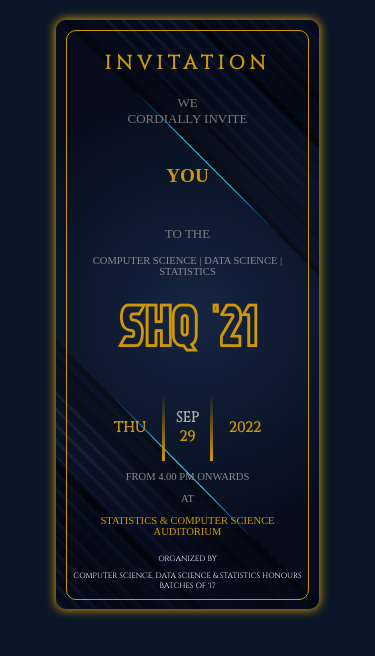
Repository: prabuddhika96/SHQ_Invitation
Page: index.html
An editor plug-in stored every save of this project. The page is shown before and after the next save, followed by the edit.
The browser window is 375 px wide. The pictures show the whole page.
Some web fonts or font styles are not loaded; a fallback is used.

Above is the page before, as saved 2022-09-26 12:14:48.
Console error: ReferenceError: bodymovin is not defined

After the next save:
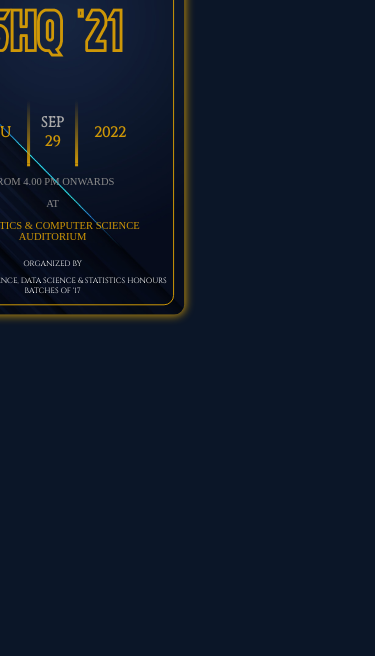
Saved 2 min 41 s later.
--- a/style.css
+++ b/style.css
@@ -167,6 +167,9 @@
     height: fit-content;
     margin: auto;
     padding: 0px;
+    top: 50%;
+    left: 50%;
+    transform: translate(-50%, -50%);
     /* vertical-align: auto; */
   }
 

After the 3 saves that followed:
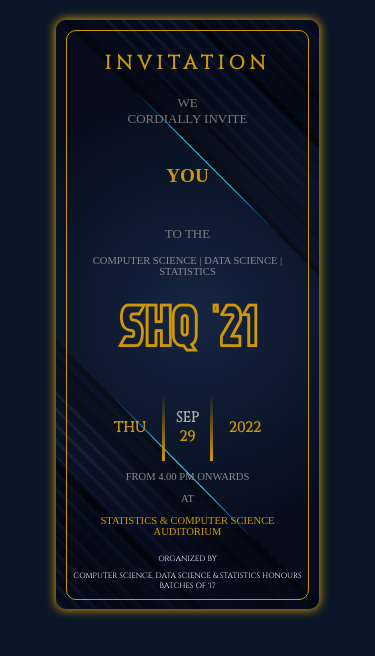
The 3 saves are shown as one change because 1 left the picture as it was and some came seconds apart.
The last was saved 17 s later.
--- a/style.css
+++ b/style.css
@@ -167,9 +167,7 @@
     height: fit-content;
     margin: auto;
     padding: 0px;
-    top: 50%;
-    left: 50%;
-    transform: translate(-50%, -50%);
+
     /* vertical-align: auto; */
   }
 
